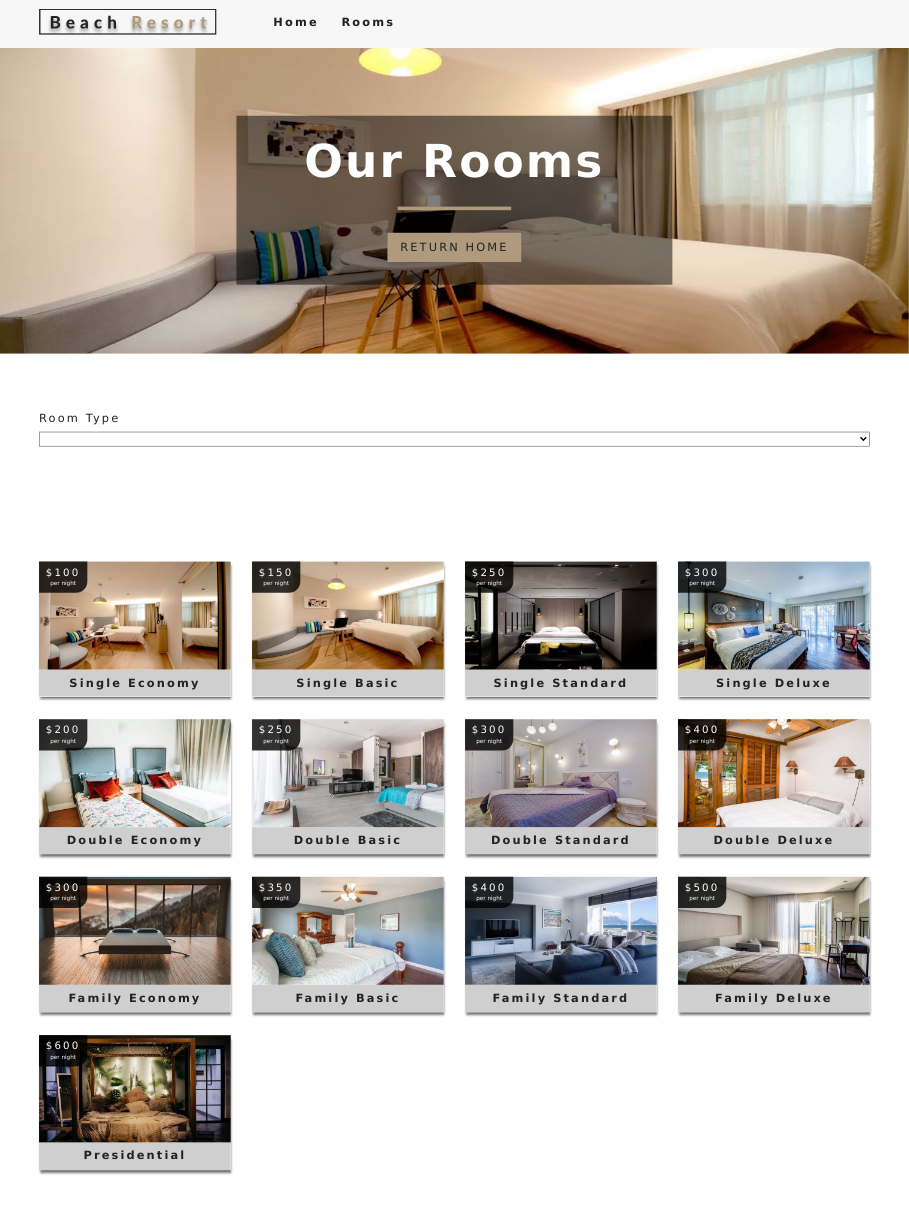
Repository: thanhn379/react-beach-resort
Page: /rooms
These files come from the project's save history. The page is drawn as it stood at one moment and after the next save; the edit follows.
The browser window is 1280 px wide. The pictures show the whole page, at 71% of full size.
The project was rebuilt for these pictures with package versions that can differ from the ones it lists, and the page was loaded fresh each time. Also part of the build but not shown: src/components/Services.js, src/components/FeaturedRooms.js, src/pages/Home.js, src/components/StyledHero.js, src/pages/SingleRoom.js, src/pages/Error.js.

Above is the page before, as saved 2019-11-18 13:11:07.

After the next save:
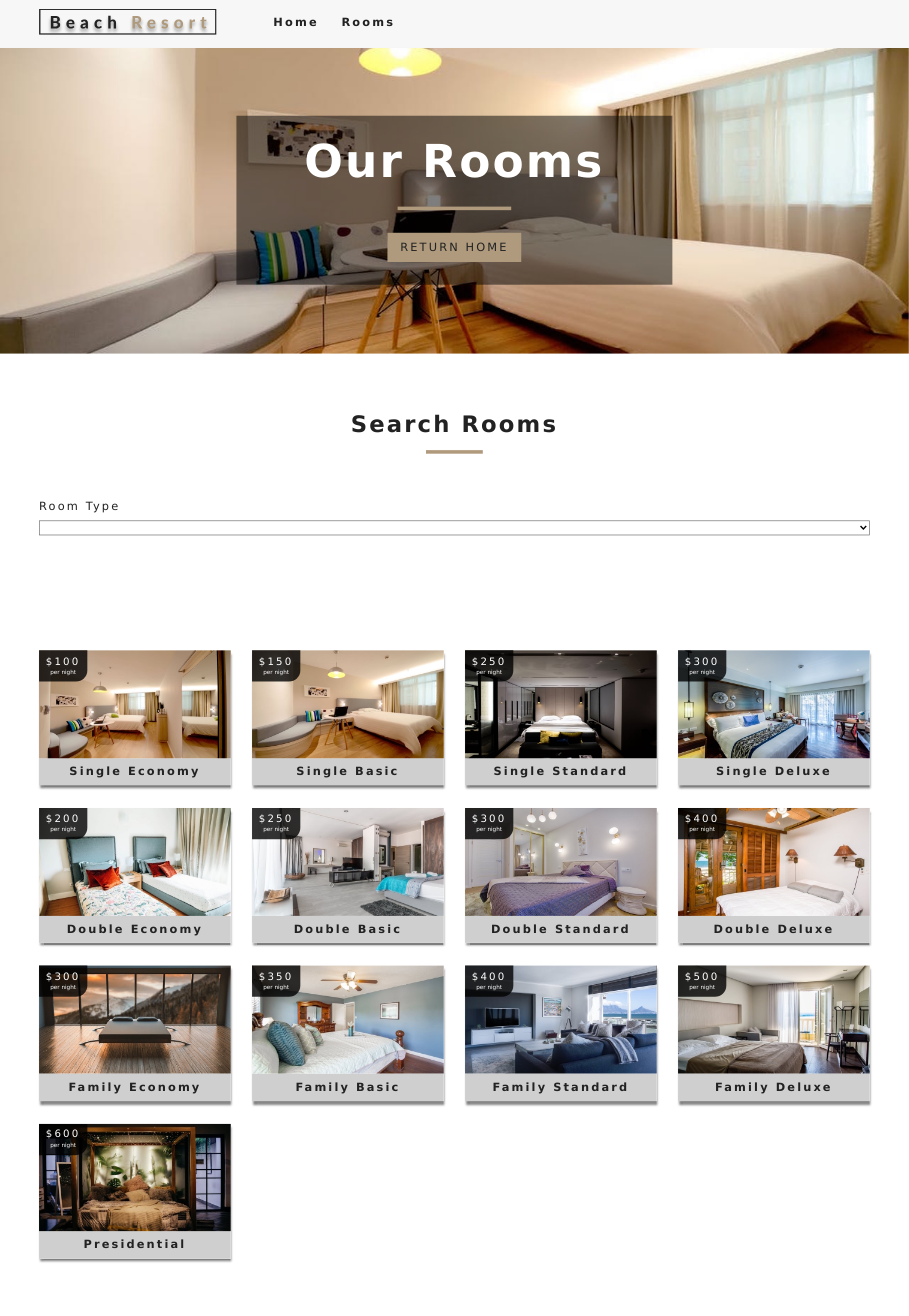
Saved 11 s later.
--- a/src/components/RoomFilter.js
+++ b/src/components/RoomFilter.js
@@ -18,7 +18,7 @@ export default function RoomsFilter() {
   } = context;
   return (
     <section className="filter-container">
-      <title title="search rooms" />
+      <Title title="search rooms" />
       <form className="filter-form">
         {/* select type */}
         <div className="form-group">
